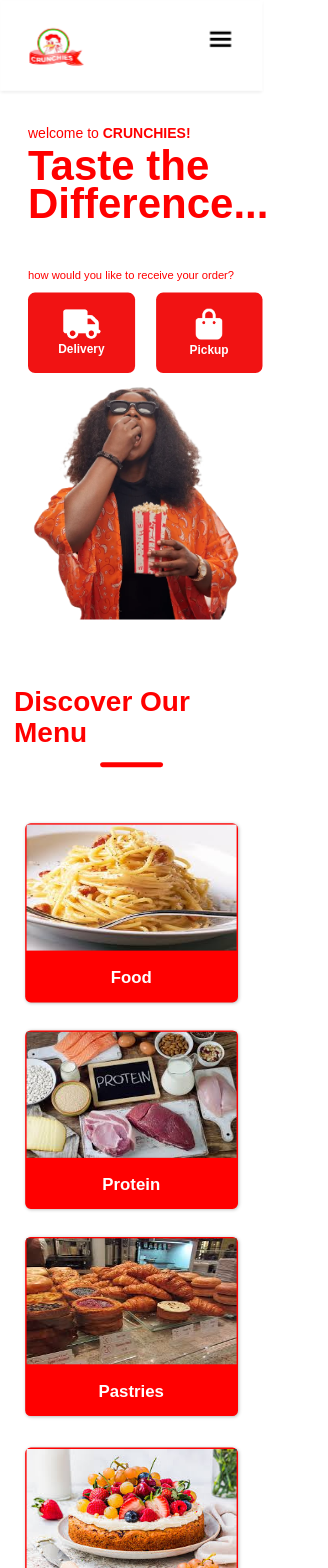
Repository: trenzyfx1/crunches-online-
Page: index.html
The author's editor kept a copy of each file at every save. The page is drawn from the files as they stood at one save, then again after the next save.
The browser window is 375 px wide. The page is 383 px wide, then 469 px, so the pictures cover 469 px, including what lies to the right of the window. The pictures show the part of the page from y = 0 to 2240 px (the page is 9118 px tall before and 9145 px after), at 70% of full size.

Above is the page before, as saved 2025-04-13 17:17:05.

### index.html
<!DOCTYPE html>
<html lang="en">

<head>
    <meta charset="UTF-8">
    <meta name="viewport" content="width=device-width, initial-scale=1.0">
    <link rel="icon" href="./images/logo-red.webp" type="image">
    <link rel="stylesheet" href="./style.css">
    <title>Crunches Fried Chicken | Order food online</title>
</head>

<body class="full-body">
    <header class="desktop-header">
        <nav>
            <div class="logo">
                <div>
                    <a href="#"><img width="80px" src="./images/logo-red.webp" alt=""></a>
                </div>
                <div class="logo2">
                    <div class="location">
                        <img width="20px" src="./images/location.png" alt="">
                    </div>
                    <div>
                        <h4>Port Harcourt</h4>
                    </div>
                </div>
            </div>
            <div class="menu">
                <ul>
                    <li><a href="">home</a></li>
                    <li><a href="">menu</a></li>
                    <li><a href="">offers</a></li>
                    <li><a href="">fan club</a></li>
                    <li><a href="">blog</a></li>
                    <li><a href="">about us</a></li>
                    <li><a href="">my account</a></li>
                    <li><a href="">support</a></li>
                </ul>
                <div>
                    <button class="order-now" type="button">order now</button>
                </div>
                <div class="cart">
                    <img width="30px" src="./images/cart.png" alt="">
                </div>
            </div>
        </nav>
    </header>
    <header class="mobile-header">
        <nav class="nav1">
            <div class="logo">
                <div>
                    <a href="#"><img width="80px" src="./images/logo-red.webp" alt=""></a>
                </div>
                <!-- <div class="logo2">
                    <div class="location">
                        <img width="20px" src="./images/location.png" alt="">
                    </div>
                    <div>
                        <h4>Port Harcourt</h4>
                    </div>
                </div> -->
            </div>
            <div class="menu-icon" id="menu-icon">
                <div class="line"></div>
                <div class="line"></div>
                <div class="line"></div>
            </div>
            <div class="menu" id="menu">
                <ul>
                    <li><a href="">blog</a></li>
                    <li><a href="">home</a></li>
                    <li><a href="">menu</a></li>
                    <li><a href="">offers</a></li>
                    <li><a href="">support</a></li>
                    <li><a href="">fan club</a></li>
                    <li><a href="">about us</a></li>
                    <li><a href="">my account</a></li>
                </ul>
                <div class="order-now1">
                    <button class="order-now" type="button">order now</button>
                </div>
                <div class="cart">
                    <img width="30px" src="./images/cart.png" alt="">
                </div>
            </div>
        </nav>
    </header>
    <section>
        <div class="head">
            <div class="section1">
                <div>
                    <h3 class="welcome">welcome to <span>Crunchies!</span></h3>
                    <h1>Taste the Difference...</h1>
                </div>
                <div>
                    <p>how would you like to receive your order? </p>
                    <div class="button1">
                        <button class="delivery" type="button">
                            <img class="delivery-img" width="40%" src="./images/Capture.PNG" alt="">
                            <br>delivery
                        </button>
                        <button class="pickup" type="button">
                            <img class="pickup-img" width="33%" src="./images/Capture1.PNG" alt="">
                            <br>pickup
                        </button>
                    </div>
                </div>
            </div>
            <div>
                <img class="woman" src="./images/woman.PNG" alt="">
            </div>
        </div>
    </section>
    <section class="discover">
        <h1 class="h1">discover our menu</h1>
        <div class="underline"></div>
        <div class="section2">
            <div class="food-section">
                <img class="foods" src="./images/food.jpg" alt="">
                <h1>food</h1>
            </div>
            <div class="food-section">
                <img class="foods" src="./images/protein.jpg" alt="">
                <h1>protein</h1>
            </div>
            <div class="food-section">
                <img class="foods" src="./images/pastries.jpg" alt="">
                <h1>pastries</h1>
            </div>
        </div>
        <div class="section2 s2">
            <div class="food-section">
                <img class="foods" src="./images/cakes.jpg" alt="">
                <h1>cakes</h1>
            </div>
            <div class="food-section">
                <img class="foods" src="./images/sharwama.jpg" alt="">
                <h1>sharwama</h1>
            </div>
            <div class="food-section">
                <img class="foods" src="./images/bread.jpg" alt="">
                <h1>bread</h1>
            </div>
        </div>
        <div class="see-more1">
            <button class="see-more" type="button">
                <img class="see-more-img" width="30%" src="./images/drink.png" alt="">
                see more
            </button>
        </div>
    </section>
    <section class="section3">
        <div class="phone1">
            <img class="phone" src="./images/phone.png" alt="">
        </div>
        <div class="order1">
            <h1 class="h1-1">order on the <br> go!</h1>
            <h1 class="h1-2">order on the go!</h1>
            <p>our mobile apps are now available on your device's <br> app store</p>
            <div>
                <div class="download">
                    <div>
                        <button class="playstore" type="button">
                            <img class="playstore-img" width="20%" src="./images/playstore.png" alt="">
                            <div>
                                android app on
                                <br><span class="span2">google play</span>
                            </div>
                        </button>
                    </div>
                    <div>
                        <button class="apple" type="button">
                            <img width="20%" class="apple-img" src="./images/apple.png" alt="">
                            <div>
                                download the app
                                <br><span class="span2">app store</span>
                            </div>
                        </button>
                    </div>
                </div>
            </div>
        </div>
    </section>
    <section class="about-us">
        <h1 class="h1">about us</h1>
        <div class="underline"></div>
        <div class="section4">
            <div  class="products">
                <div>
                    <p>
                        Crunchies Fried Chicken is a first-grade quick service <br> restaurant that offers a variety of
                        quality
                        fast
                        food products <br> and first-class services. We are currently spread across the <br>
                        South-South,
                        South-East and
                        South-West regions of Nigeria, <br> with over 20 years of experience. <br><br>
                        We have carved the niche of excellence in the fast food <br> market with a service per
                        excellence
                        acquired
                        from <br> interacting with our valued customers.
                    </p>
                </div>
                <div>
                    <button class="shop-button" type="button">
                        <img width="30px" class="sbutton-img" src="./images/read.png" alt="">read more
                    </button>
                </div>
            </div>
            <div class="shop">
                <img class="shop-img" src="./images/shop.webp" alt="">
            </div>
        </div>
    </section>
    <section class="section5">
        <div class="eat-section">
            <img class="section5-img" src="./images/woman2.png" alt="">
        </div>
        <div class="eat-section">
            <img class="section5-img" src="./images/chicken.png" alt="">
        </div>
        <div class="eat-section">
            <img class="section5-img" src="./images/woman3.jpg" alt="">
        </div>
        <div class="eat-section">
            <img class="section5-img" src="./images/car.jpg" alt="">
        </div>
    </section>
    <section class="section6">
        <div>
            <img class="food2" src="./images/food2.png" alt="">
            <div class="first">
                <h1>Subsribe to our Newsletter</h1>
                <p>Be the first to get lucky on our amazing offers</p>
            </div>
        </div>
        <div class="email">
            <input type="text" placeholder="Email Address">
            <div><button class="subsribe" type="button">subsribe now</button></div>
        </div>
    </section>
    <footer>
        <div class="footer">
            <div class="Crunches">
                <img width="180px" src="./images/logo-white.webp" alt="">
                <h1>opening hours</h1>
                <p>mondays to sundays <br> 7:00am to 9:00pm</p>
                <h1>contact us</h1>
                <p>customercare@crunchiesonline.com <br> 09062439146, 08098242522</p>
            </div>
            <div class="quick">
                <div>
                    <h1>quick navigation</h1>
                    <ul>
                        <li><a href="">careers</a></li>
                        <li><a href="">fan club</a></li>
                        <li><a href="">offers</a></li>
                        <li><a href="">privacy policy</a></li>
                        <li><a href="">terms and condition</a></li>
                    </ul>
                </div>
                <div>
                    <div>
                        <h1>find us here</h1>
                    </div>
                    <div class="igs">
                        <div>
                            <img class="logo3" src="./images/ig.png" alt="">
                        </div>
                        <div>
                            <img class="logo3" src="./images/fb.png" alt="">
                        </div>
                        <div>
                            <img class="logo3" src="./images/in.png" alt="">
                        </div>
                        <div>
                            <img class="logo3" src="./images/x.png" alt="">
                        </div>
                        <div>
                            <img class="logo3" src="./images/tiktok.png" alt="">
                        </div>
                    </div>
                </div>
            </div>
            <div class="feedback">
                <h1>tell us how we're doing...</h1>
                <p>your feedback is valuable to us</p>
                <button class="submit" type="button">
                    <div>submit feedback</div> <img width="25px" src="./images/3star.png" alt="">
                </button>
            </div>
        </div>
        <div class="dear">
            <p>
                Dear customer, online order services are unavailable at this time. Our services will be active from 8am
                to 6pm. Thank you!
            </p>
        </div>
    </footer>

    <script src="./mobile.js"></script>
</body>

</html>

### style.css
body {
    width: 100%;
    margin: 0;
    padding: 0;
    overflow-x: hidden;
    height: 100vh;
    /* color: #fff; */
    /* font-family: 'Space Grotesk', sans-serif; */
    transition: background-color 0.3s, color 0.3s;
    scroll-behavior: smooth;
    /* background-color: #0a0a0a; */
}

header {
    position: fixed;
    top: 0;
    left: 0;
    height: 130px;
    width: 100%;
    z-index: 1000;
    box-shadow: 0 2px 5px rgb(0, 0, 0, 0.1);
    background-color: #fff;
}

.mobile-header {
    display: none;
}

nav {
    display: flex;
    flex-direction: row;
    justify-content: space-between;
    padding: 40px;
}

.logo2 {
    display: flex;
    flex-direction: row;
}

.logo {
    display: flex;
    flex-direction: row;
    gap: 50px;
}

.location {
    margin-top: 20px;
}

.menu {
    display: flex;
    flex-direction: row;
    gap: 50px;
}

.menu ul {
    display: flex;
    flex-direction: row;
    justify-content: space-around;
    gap: 20px;
}

.menu ul li {
    list-style: none;
}


.desktop-header .menu ul li a {
    display: inline-block;
    border-radius: 8px;
    font-family: sans-serif;
    font-weight: 550;
    text-decoration: none;
    color: red;
    text-transform: capitalize;
    padding: 10px;
    box-shadow: 1px 1px 5px rgba(0, 0, 0, 0.3);
    transition: transform 0.3s ease;
}

 a:hover {
    transform: scale(1.15);
    box-shadow: 5px 5px 15px rgba(0, 0, 0, 0.5);
}


 .mobile-header li:hover {
    transform: scale(1.02);
    box-shadow: 5px 5px 15px rgba(0, 0, 0, 0.5);
}

.order-now {
    border: none;
    border-radius: 10px;
    background-color: red;
    color: #fff;
    height: 48px;
    width: 150px;
    cursor: pointer;
    transition: background-color 0.5s ease, transform 0.3s ease;
    text-transform: capitalize;
    font-size: 17px;
    font-weight: bold;
}

button:hover {
    background-color: #000;
    color: red;
    transform: scale(1.01);
    box-shadow: 5px 5px 10px rgba(0, 0, 0, 0.5);
}

.mobile-header .order-now:hover {
    background-color: #fff;
    color: red;
    transform: scale(1.01);
    box-shadow: 5px 5px 10px rgba(0, 0, 0, 0.5);
}

.order-now,
.cart {
    margin-top: 10px;
}

.section1 {
    padding-left: 40px;
    padding-top: 100px;
}

.head {
    padding-top: 160px;
    padding-bottom: 70px;
    display: flex;
    flex-direction: row;
    justify-content: space-between;
}


.welcome {
    font-size: 35px;
    font-family: sans-serif;
    font-weight: lighter;
    color: red;
    line-height: 0;
}

.welcome span {
    font-weight: bold;
    text-transform: uppercase;
}

.section1 {
    display: flex;
    flex-direction: column;
    gap: 50px;
}

.section1 h1 {
    font-size: 100px;
    color: red;
    font-family: sans-serif;
    line-height: 0.9;
    margin: 0;

}

.section1 p {
    color: red;
    font-family: sans-serif;
}

.delivery,
.pickup {
    border: none;
    border-radius: 10px;
    background-color: rgb(241, 19, 19);
    color: #fff;
    height: 115px;
    width: 170px;
    cursor: pointer;
    transition: background-color 0.5s ease, transform 0.3s ease;
    text-transform: capitalize;
    font-size: 17px;
    font-weight: bold;
}

.delivery-img,
.pickup-img,
.see-more-img,
.apple-img,
.sbutton-img,
.logo3 {
    filter: invert(1) brightness(2);
}

.button1 {
    display: flex;
    gap: 30px;
}

.h1 {
    display: flex;
    justify-content: center;
    font-size: 50px;
    text-transform: capitalize;
    color: red;
    font-family: sans-serif;
    font-weight: bold;
    margin: 20px;
}

.underline {
    margin: auto;
    width: 90px;
    height: 7px;
    background-color: red;
    border-radius: 8px;

}

.section2 {
    margin-top: 50px;
    padding: 30px;
    display: flex;
    justify-content: center;
    text-align: center;
    flex-direction: row;
    gap: 40px;
    flex-wrap: wrap;


}

.food-section {
    display: block;
    border: 2px solid red;
    border-radius: 8px;
    background-color: red;
    font-family: sans-serif;
    color: #fff;
    text-transform: capitalize;
    box-shadow: 1px 1px 5px rgba(0, 0, 0, 0.3);
    transition: transform 0.3s ease;
}

.food-section:hover {
    transform: scale(1.05);
    box-shadow: 5px 5px 15px rgba(0, 0, 0, 0.5);
}

.foods {
    height: 180px;
    width: 300px;
}

.s2 {
    margin-top: -15px;
}

.see-more {
    border: none;
    border-radius: 10px;
    background-color: rgb(241, 19, 19);
    color: #fff;
    height: 50px;
    width: 150px;
    cursor: pointer;
    transition: background-color 0.5s ease, transform 0.3s ease;
    text-transform: capitalize;
    font-size: 17px;
    font-weight: bold;
}

.see-more1 {
    display: flex;
    justify-content: center;
}

.section3 {
    display: flex;
    flex-direction: row;
    justify-content: center;
    gap: 40px;
    background-color: red;
    margin: 100px 0;
    max-width: 100%;
}

.section3 .h1-2 {
    display: none;
}

.phone {
    height: 400px;
    width: 400px;
    margin: 0;
    padding: 0;
}

.phone1 {
    margin: 0;
    padding: 0;
}

.order1 {
    margin-top: 20px;
    padding: 0;
}

.order1 h1 {
    font-size: 60px;
    font-family: sans-serif;
    text-transform: capitalize;
    color: #fff;
}

.order1 p {
    color: #fff;
}

.playstore,
.apple {
    border: none;
    border-radius: 10px;
    background-color: #000;
    color: #fff;
    height: 50px;
    width: 170px;
    cursor: pointer;
    transition: background-color 0.5s ease, transform 0.3s ease;
    text-transform: capitalize;
    display: flex;
    align-items: center;

}

.playstore:hover,
.apple:hover {
    background-color: #fff;
    color: #000;
    transform: scale(1.01);
    box-shadow: 5px 5px 10px rgba(0, 0, 0, 0.5);
}


.playstore-img,
.apple-img {
    margin-top: 15px;
    padding: 0;
}

.span2 {
    font-size: 20px;
}

.download {
    display: flex;
    flex-direction: row;
    gap: 20px;
    flex-wrap: wrap;
}

.section4 {
    display: flex;
    flex-direction: row;
    justify-content: center;
    gap: 40px;
    padding: 50px;

}

.shop {
    display: flex;
    justify-content: center;
}

.shop-img {
    height: 400px;
}

.section4 p {
    font-family: sans-serif;
}

.shop-button {
    border: none;
    border-radius: 10px;
    background-color: rgb(241, 19, 19);
    color: #fff;
    height: 50px;
    width: 150px;
    cursor: pointer;
    transition: background-color 0.5s ease, transform 0.3s ease;
    text-transform: capitalize;
    font-size: 17px;
    font-weight: bold;
}

.section5-img {
    height: 400px;
    width: 100%;
    display: block;
    object-fit: cover;
    border-radius: 12px;
}

.section5 {
    background-color: #ffb6c1;
    margin-top: 50px;
    padding: 30px;
    display: flex;
    justify-content: center;
    flex-direction: row;
    gap: 40px;
    flex-wrap: wrap;
}

.eat-section {
    transition: transform 0.3s ease;
    cursor: pointer;
}

.eat-section:hover {
    transform: scale(1.05);
}

.section6 {
    background-color: #fcd3d9;
    padding: 40px;
}

.food2 {
    height: 200px;
    margin-left: 43%;
}

.first {
    text-align: center;
}

.section6 h1,
p {
    font-family: system-ui, -apple-system, BlinkMacSystemFont, 'Segoe UI', Roboto, Oxygen, Ubuntu, Cantarell, 'Open Sans', 'Helvetica Neue', sans-serif;

}

.section6 h1 {
    font-size: 40px;

}

.email {
    position: relative;
    margin: auto;
    display: flex;
    justify-content: center;
}

.email input {
    width: 700px;
    border-radius: 40px;
    height: 60px;
    border: none;
    outline: none;
    padding: 6px;
}

.subsribe {
    position: absolute;
    top: 8%;
    right: 27%;
    /* transform: translateY(-50%); */
    border: none;
    border-radius: 40px;
    background-color: rgb(241, 19, 19);
    color: #fff;
    height: 60px;
    width: 150px;
    cursor: pointer;
    transition: background-color 0.5s ease, transform 0.3s ease;
    text-transform: capitalize;
    font-size: 17px;
    font-weight: bold;
}

footer {
    background-color: rgb(241, 19, 19);
    padding-top: 40px;
    /* padding-bottom: 20px; */
    color: #fff;
    font-family: sans-serif;
    text-transform: capitalize;
}

.footer {
    display: flex;
    flex-direction: row;
    justify-content: space-between;
    padding: 0 30px;

}

.logo3 {
    height: 30px;
    cursor: pointer;
}

.igs {
    display: flex;
    gap: 10px;
}

footer li {
    list-style: none;
}

footer a {
    text-decoration: none;
    color: #fff;
    font-family: sans-serif;
    text-align: center;
    line-height: 2;
}

.quick {
    display: flex;
    flex-direction: column;
    gap: 30px;
}

.submit {
    border: none;
    border-radius: 40px;
    background-color: #fff;
    color: rgb(241, 19, 19);
    height: 60px;
    width: 200px;
    cursor: pointer;
    transition: background-color 0.5s ease, transform 0.3s ease;
    text-transform: capitalize;
    font-size: 17px;
    font-weight: bold;
    align-items: center;
    display: flex;
    justify-content: center;
}

.feedback {
    display: flex;
    flex-direction: column;
    gap: 30px;
}


.dear {
    padding-top: 40px;
    display: flex;
    justify-content: center;
}

.mobile-header .menu-icon .line {
    width: 30px;
    height: 4px;
    background-color: #000;
    margin: 5px;
}

.mobile-header .menu ul {
    display: flex;
    flex-direction: column;
    gap: 10px;
    justify-content: left;
}

.mobile-header .menu li {
    text-align: center;
    background-color: #fff;
    border-radius: 8px;
    padding: 10px;
    box-shadow: 1px 1px 5px rgba(0, 0, 0, 0.3);
    transition: transform 0.3s ease;
    margin-right: 50px;
}

.mobile-header .order-now {
    background-color: black;
}

.mobile-header .menu li a {
    text-transform: capitalize;
    text-decoration: none;
    color: #000;
    font-family: sans-serif;
    font-weight: 550;
}

.mobile-header .menu {
    display: none;
    flex-direction: column;
    padding: 10px 20px;
    margin: 0;
    background-color: red;
    /* width: 100%; */
    border-radius: 5px;
}

@media(max-width:768px) {

    .full-body {
        max-width: 100%;
    }

    .desktop-header {
        display: none;
    }

    .mobile-header {
        display: flex;
        flex-direction: column;
        justify-content: space-between;
        width: 100%;
    }

    .mobile-header .nav1 {
        display: flex;
        flex-direction: row;
        justify-content: space-between;
    }


    .mobile-header .menu.active {
        display: flex;
    }

    .menu {
        position: absolute;
        top: 100px;
        right: 0;
        gap: 10px;
    }

     .mobile-header .order-now1 {
        display: flex;
        justify-content: center;
    }

    .head {
        display: flex;
        flex-direction: column;
    }

    .download {
        display: flex;
        flex-direction: column;
    }

    .phone1 {
       margin-top: 150px;
    }

    .section3 .h1-1 {
        display: none;
    }

    .section3 .h1-2 {
        display: flex;
        font-size: 65px;
    }

    .order1 {
        margin-right: 10px;
    }

    .section4 {
        display: flex;
        flex-direction: column;
    }

    .products {
        margin: auto;
    }

    .products p {
        font-size: 20px;
    }

    .food2 {
        margin: auto;
        display: flex;
    }

    .subsribe {
        right: 7px;
    }

}

@media(max-width:480px) {

    .full-body {
        max-width: 100%;
    }


    .desktop-header {
        display: none;
    }

    .mobile-header {
        display: flex;
        flex-direction: column;
        justify-content: space-between;
    }

    .mobile-header nav {
        display: flex;
        flex-direction: row;
        justify-content: space-between;
        /* gap: 150px; */
    }

    .menu-icon {
        margin: 0;
    }

    .logo {
        gap: 10px;
    }


    .menu {
        gap: 10px;
        position: absolute;
        top: 100px;
        right: 0;
        width: 50%;
    }


    .mobile-header .menu.active {
        display: flex;
    }

    .mobile-header .order-now1 {
       margin-right: 10px;
    }


    .section1 h1 {
        font-size: 20vw;
    }


    .head {
        display: flex;
        flex-direction: column;
        padding-top: 70px;
    }

    .head h1 {
        font-size: 60px;
    }

    .head h3 {
        font-size: 20px;
    }

    .woman {
        width: 90%;
        margin-left: 30px;
    }

    .discover .h1 {
        font-size: 40px;
    }

    .order1 {
        margin-left: 30px;
    }

    .phone1 {
        margin: 0;
    }

    .phone {
        width: 300px;
    }

    .download {
        display: flex;
        flex-direction: row;
    }

    .section3 {
        display: flex;
        flex-direction: column;
        gap: 0;
        padding-bottom: 40px;
    }

    .section3 .h1-2 {
        display: none;
    }


    .section3 .h1-1 {
        display: flex;
    }



    .section4 {
        display: flex;
        flex-direction: column;
    }

    .shop-img {
        width: 100%;
    }

    .food2 {
        margin: auto;
        display: flex;
    }

    .subsribe {
        left: 60%;
    }

    .footer {
        display: flex;
        flex-direction: column;
        gap: 40px;
    }

    .dear {
        width: 90%;
        margin-left: 30px;
    }
}

### mobile.js
document.addEventListener("DOMContentLoaded", () => {
    const menuIcon = document.getElementById ("menu-icon");
    const menu = document.getElementById("menu");


    menuIcon.addEventListener("click", function() {
        menu.classList.toggle("active");

    });
});

After the next save:
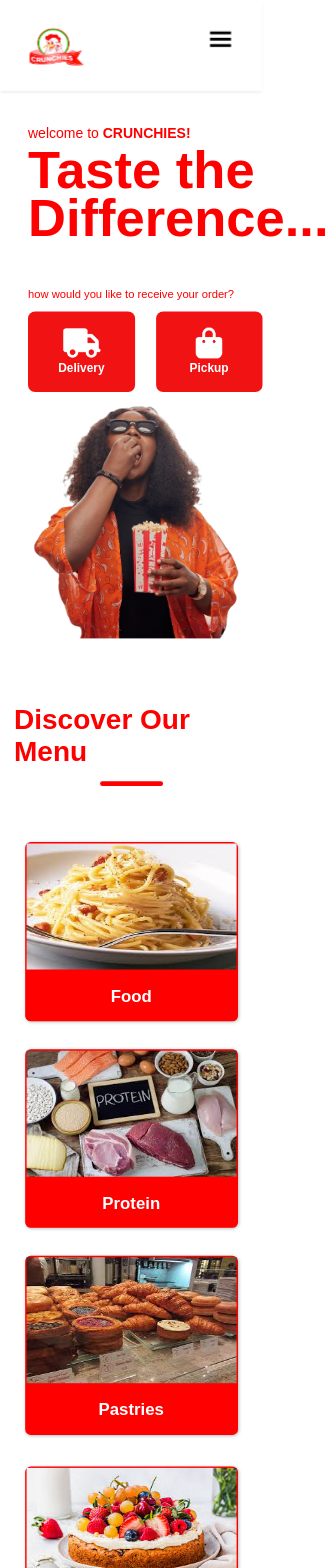
Saved 7 s later.
--- a/style.css
+++ b/style.css
@@ -748,7 +748,7 @@
 
 
     .section1 h1 {
-        font-size: 20vw;
+        font-size: 20vw !important;
     }
 
 
